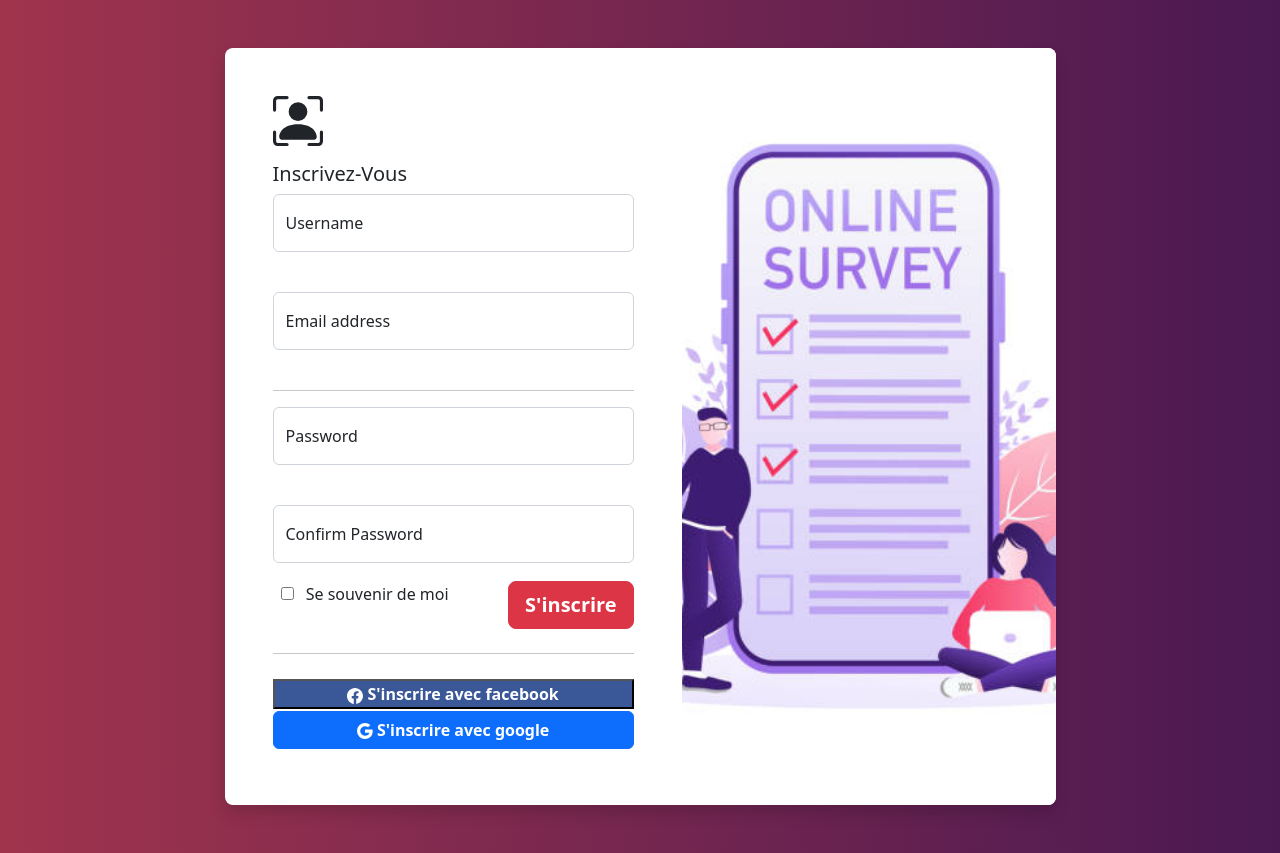
Repository: Djiamil/testsMoustaphaDER
Page: index.html
The author's editor kept a copy of each file at every save. The page is drawn from the files as they stood at one save, then again after the next save.
The browser window is 1280 px wide. The pictures show the whole page.

Above is the page before, as saved 2022-12-09 00:40:10.

After the next save:
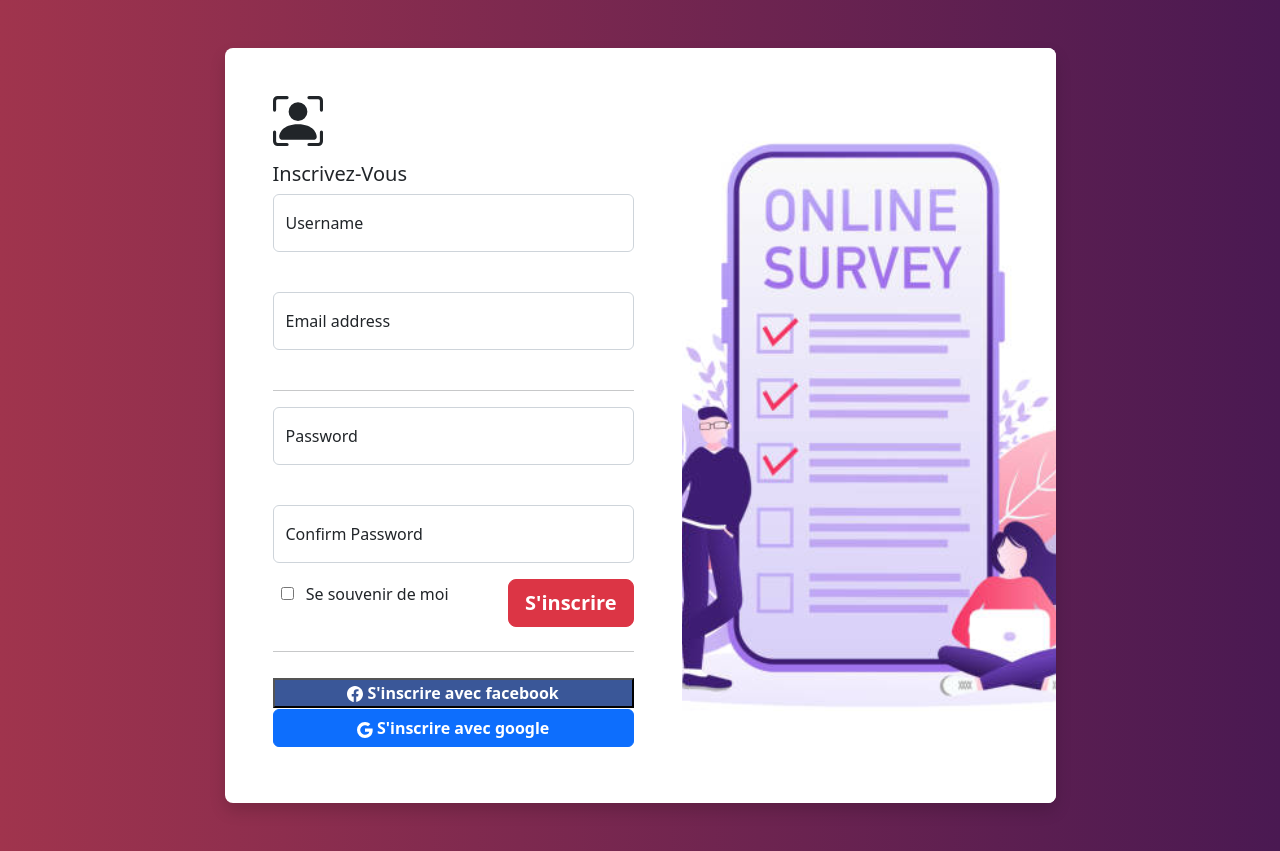
Saved 9 s later.
--- a/index.html
+++ b/index.html
@@ -53,7 +53,7 @@
                             <input type="checkbox" value="" class="m-2">
                             Se souvenir de moi
                         </div>
-                        <button class="btn btn-lg btn-danger btn-login fw-bold  mr-25" id="btninscription">S'inscrire</button>
+                        <a class="btn btn-lg btn-danger btn-login fw-bold  mr-25" id="btninscription">S'inscrire</a>
                     </div>
 
                     <hr class="my-4">
